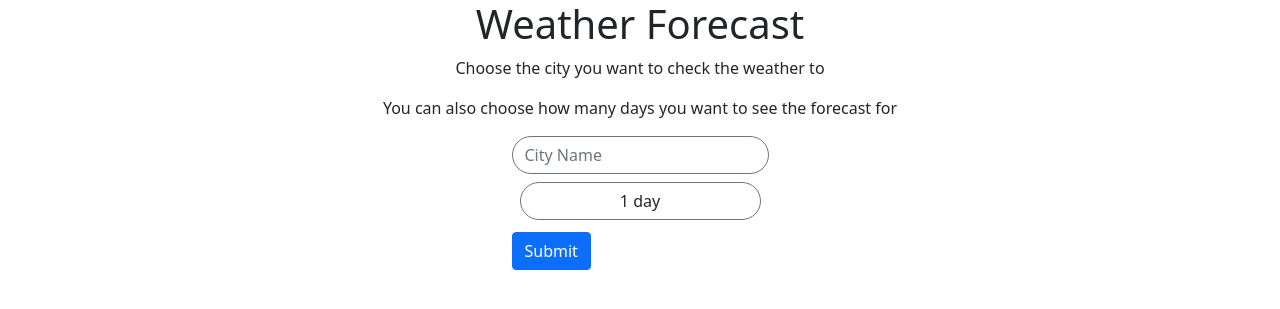
Repository: DimitrisDoxopoulos/my-own-weather-app
Page: /
These files come from the project's save history. The page is drawn as it stood at one moment and after the next save; the edit follows.
The browser window is 1280 px wide. The pictures show the whole page.
The project was rebuilt for these pictures with package versions that can differ from the ones it lists, and the page was loaded fresh each time.

Above is the page before, as saved 2021-06-03 18:40:44.

### src/App.js
import './App.css';

/*--------------- Importing Components ------------------- */
import Wrapper from './components/Wrapper'
import Header from './components/Header'
import Tagline from './components/Tagline'
import Form from './components/Form'
/*--------------- Importing Components ------------------- */

function App() {
  return (
    <div className="App">
      <Wrapper>
        <Header />
        <Tagline />
        <Form />
      </Wrapper>
    </div>
  );
}

export default App;

### src/App.css
.App {
  /* text-align: center; */
}

.App-logo {
  height: 40vmin;
  pointer-events: none;
}

.App-header {
  background-color: #282c34;
  min-height: 100vh;
  display: flex;
  flex-direction: column;
  align-items: center;
  justify-content: center;
  font-size: calc(10px + 2vmin);
  color: white;
}

.App-link {
  color: #61dafb;
}

### src/components/Wrapper.js
import React from 'react';

const Wrapper = (props) => {
    return(
    <div className='d-flex flex-column justify-content-center align-items-center'>
        { props.children }
    </div>
    )
}

export default Wrapper;

### src/components/Header.js
import React from 'react'

const Header = () => {
    return (
        <div className="">
            <h1 className="">Weather Forecast</h1>
        </div>
    )
}

export default Header

### src/components/Tagline.js
import React from 'react'

const Tagline = () => {
    return (
        <div className="text-center">
            <p>Choose the city you want to check the weather to</p>
            <p>You can also choose how many days you want to see the forecast for</p>
        </div>
    )
}

export default Tagline

### src/components/Form.js
import React from 'react'

const Form = () => {
    return (
        <div>
            <form>
                <div className="form-group">
                    <input type="text" className="form-control border-secondary rounded-pill" id="exampleFormControlInput1" placeholder="City Name" />
                </div>
                <div className="form-group d-flex p-2">
                    <select className="form-control border-secondary rounded-pill text-center" id="exampleFormControlSelect1" placeholder="How many days?">
                        <option value="1">1 day</option>
                        <option value="2">2 days</option>
                        <option value="3">3 days</option>
                        <option value="4">4 days</option>
                        <option value="5">5 days</option>
                    </select>
                </div>
                <input className="btn btn-primary mt-1" type="submit" value="Submit" />
            </form>
        </div>
    )
}

export default Form

Loaded but not shown: public/index.html (common file); src/index.js (common file); src/index.css (common file); src/reportWebVitals.js (common file)

After the next save:
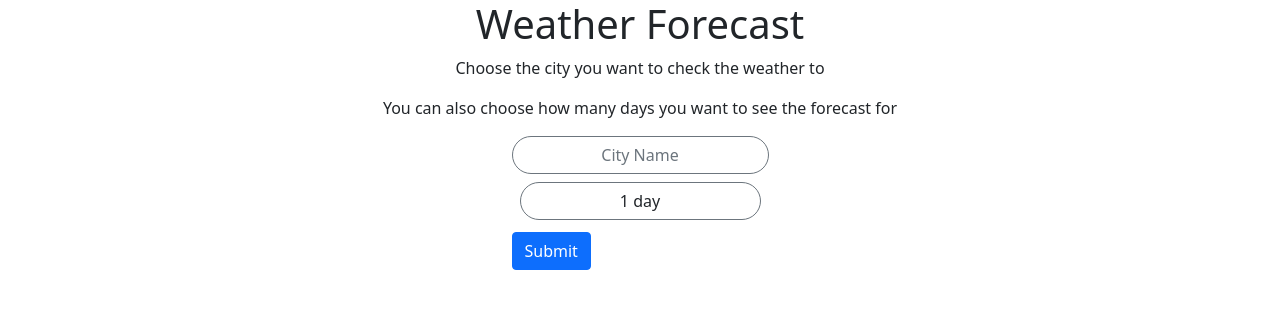
Saved 10 s later.
--- a/src/components/Form.js
+++ b/src/components/Form.js
@@ -5,7 +5,7 @@ const Form = () => {
         <div>
             <form>
                 <div className="form-group">
-                    <input type="text" className="form-control border-secondary rounded-pill" id="exampleFormControlInput1" placeholder="City Name" />
+                    <input type="text" className="form-control border-secondary rounded-pill text-center" id="exampleFormControlInput1" placeholder="City Name" />
                 </div>
                 <div className="form-group d-flex p-2">
                     <select className="form-control border-secondary rounded-pill text-center" id="exampleFormControlSelect1" placeholder="How many days?">
